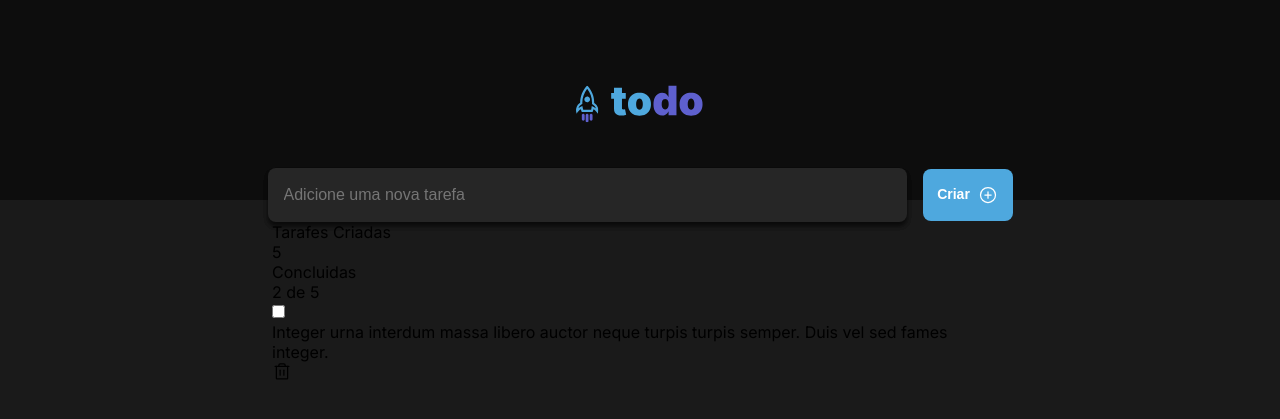
Repository: guilhermecardoso93/todolistreact
Page: /
These files come from the project's save history. The page is drawn as it stood at one moment and after the next save; the edit follows.
The browser window is 1280 px wide. The pictures show the whole page.
The project was rebuilt for these pictures with package versions that can differ from the ones it lists, and the page was loaded fresh each time. Also part of the build but not shown: vite.config.ts.

Above is the page before, as saved 2022-07-02 18:53:48.

After the next save:
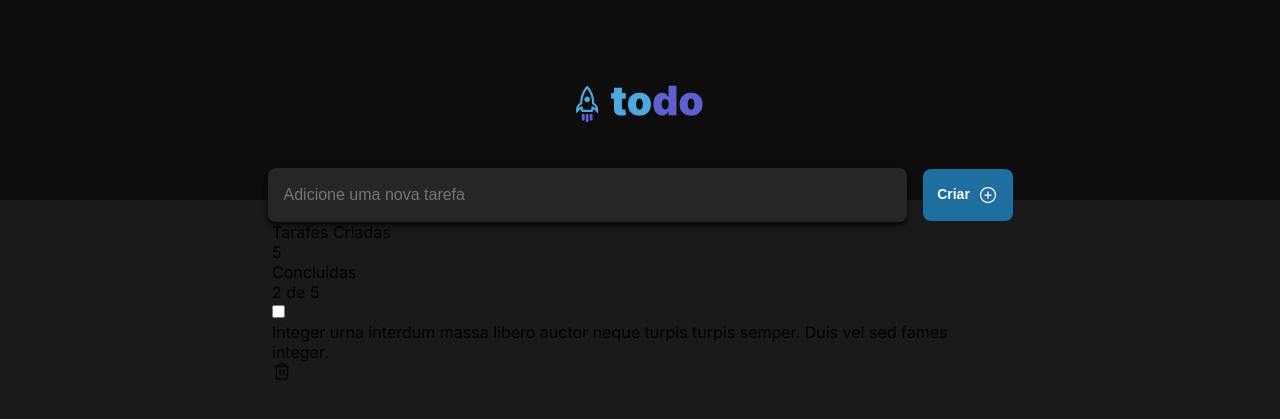
Saved 28 s later.
--- a/src/TasksBar.module.css
+++ b/src/TasksBar.module.css
@@ -24,7 +24,7 @@
 }
 
 .container button {
-  background: var(--blue);
+  background: var(--blue-dark);
   color: var(--white);
   gap: 0.5rem;
   display: flex;
